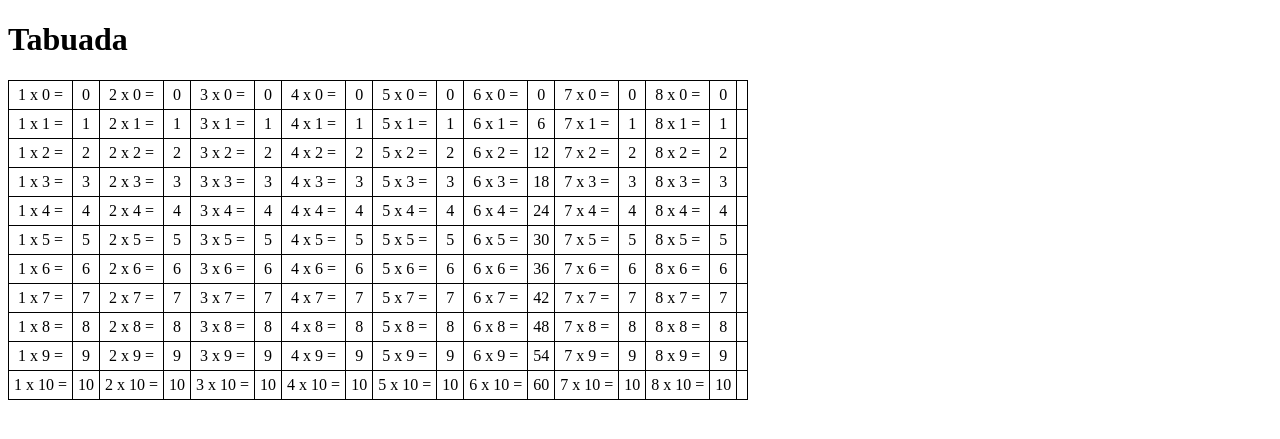
Repository: JulioCesarSF/Java
Page: http://localhost/Exercicio_02-JSPs/tabuada.jsp
An editor plug-in stored every save of this project. The page is shown before and after the next save, followed by the edit.
The browser window is 1280 px wide. The pictures show the whole page.
The page is served by Tomcat 9.

Above is the page before, as saved 2016-08-17 18:27:40.

After the next save:
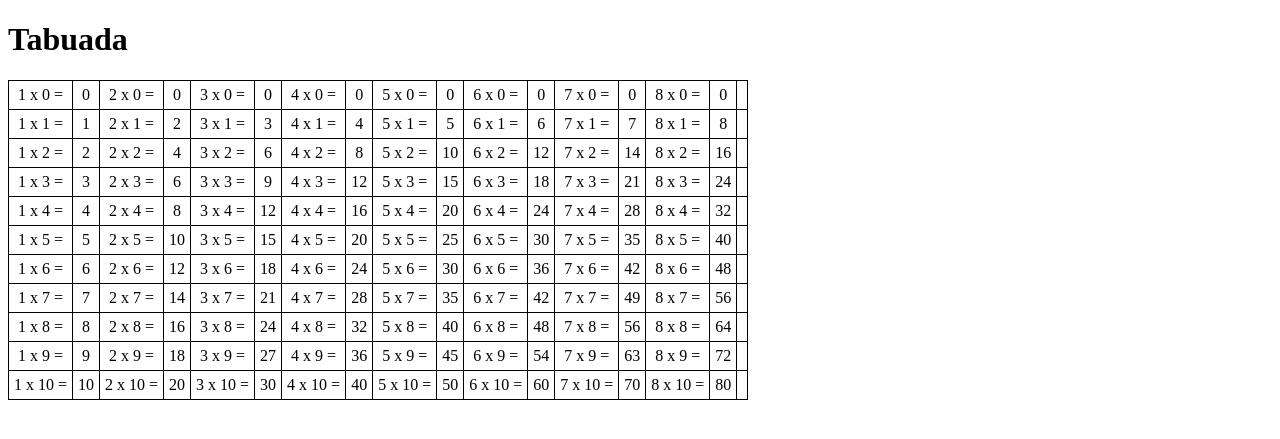
Saved 51 s later.
--- a/ProjetosFaculdade/Thiago/Exercicio_02-JSPs/WebContent/tabuada.jsp
+++ b/ProjetosFaculdade/Thiago/Exercicio_02-JSPs/WebContent/tabuada.jsp
@@ -18,11 +18,8 @@
 		<!-- 1 -->
 		<%
 			int n = 1;
-			int r = 0;
 			for (int i = 0; i < 11; i++) {
-				r = n * i;
-				System.out.println(r);
-				//System.out.println(n + " x " + n + " = " + r);
+				System.out.println(n + " x " + i + " = " + (n*i));
 		%>
 
 		<tr>
@@ -31,19 +28,7 @@
 
 			<% n++; %>
 			<td><%=n%> x <%=i%> =</td>
-			<td><%=r%>
-
-			<% n++; %>
-			<td><%=n%> x <%=i%> =</td>
-			<td><%=r%>
-
-			<% n++; %>
-			<td><%=n%> x <%=i%> =</td>
-			<td><%=r%>
-
-			<% n++; %>
-			<td><%=n%> x <%=i%> =</td>
-			<td><%=r%>
+			<td><%=n*i%>
 
 			<% n++; %>
 			<td><%=n%> x <%=i%> =</td>
@@ -51,11 +36,23 @@
 
 			<% n++; %>
 			<td><%=n%> x <%=i%> =</td>
-			<td><%=r%>
+			<td><%=n*i%>
 
 			<% n++; %>
 			<td><%=n%> x <%=i%> =</td>
-			<td><%=r%>
+			<td><%=n*i%>
+
+			<% n++; %>
+			<td><%=n%> x <%=i%> =</td>
+			<td><%=n*i%>
+
+			<% n++; %>
+			<td><%=n%> x <%=i%> =</td>
+			<td><%=n*i%>
+
+			<% n++; %>
+			<td><%=n%> x <%=i%> =</td>
+			<td><%=n*i%>
 
 			<td>
 		</tr>
